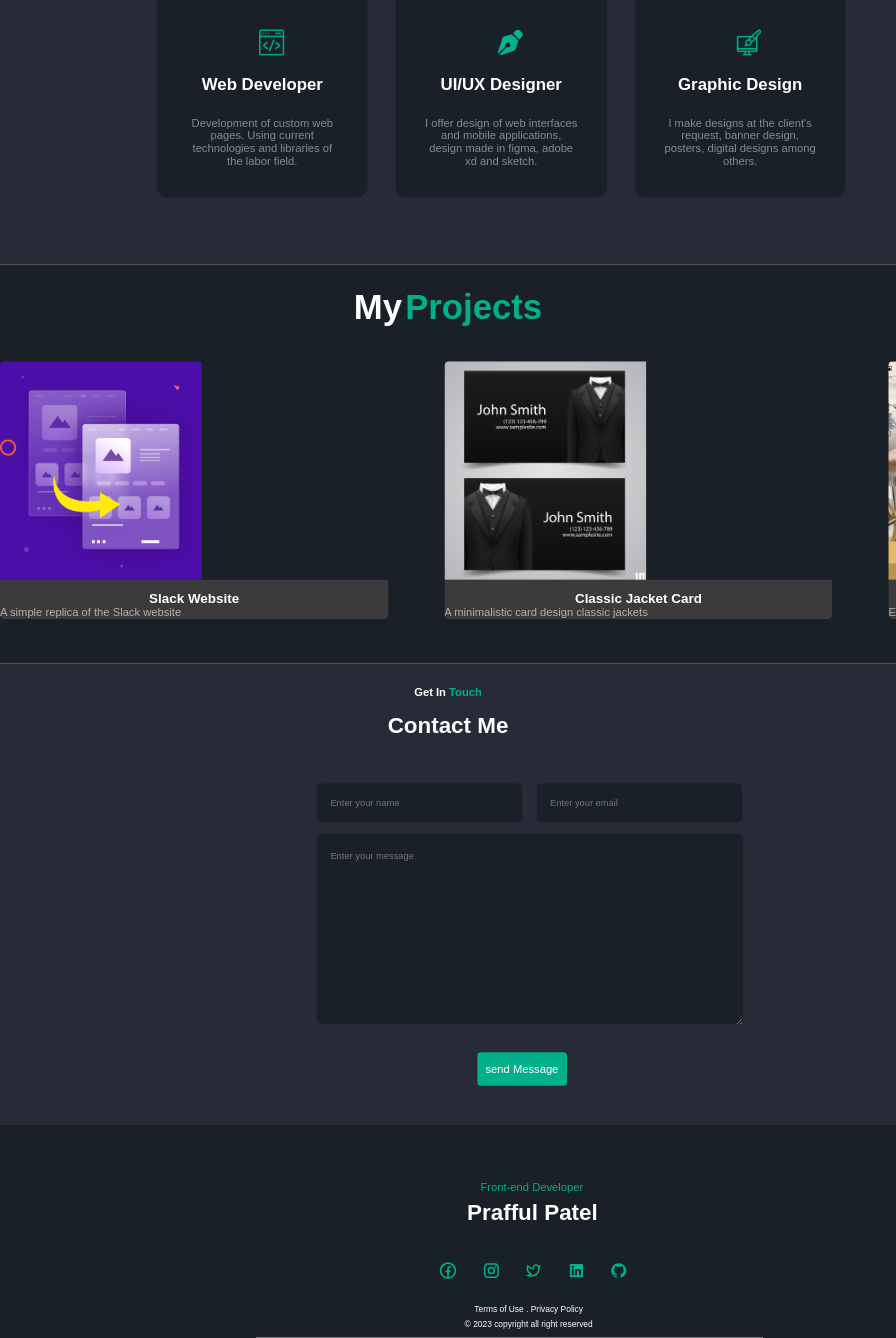
Repository: PraffulPatel27/Portfolio_2.0
Page: index.html
The author's editor kept a copy of each file at every save. The page is drawn from the files as they stood at one save, then again after the next save.
The browser window is 1280 px wide. The pictures show the part of the page from y = 1953 to 3873 px (the page is 3864 px tall before and 3873 px after), at 70% of full size.

Above is the page before, as saved 2024-01-30 15:03:00.

After the next save:
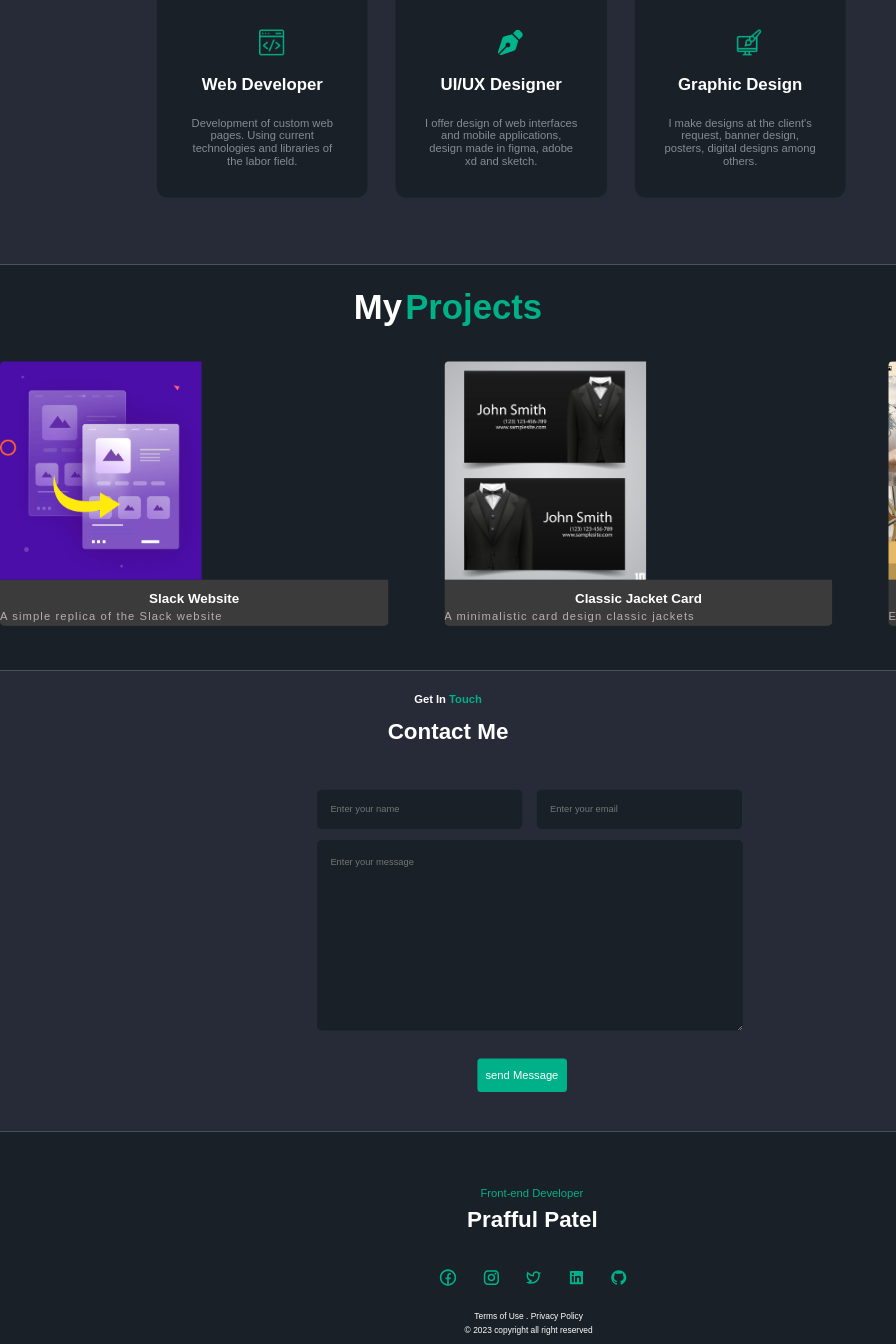
Saved 50 s later.
--- a/style.css
+++ b/style.css
@@ -463,6 +463,8 @@
 .project-info p {
     color: rgba(209, 197, 197, 0.83);
     /* font-size: 1rem; */
+    letter-spacing: 0.1rem;
+    line-height: 1.7;
 }
 
 
